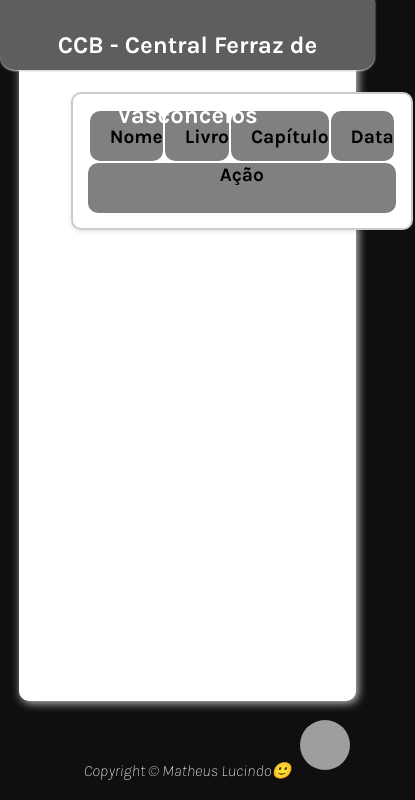
Repository: Matheus904-12/API-da-CCB
Page: index.html
The author's editor kept a copy of each file at every save. The page is drawn from the files as they stood at one save, then again after a run of saves.
The browser window is 375 px wide. The page is 415 px wide, so the pictures cover 415 px, including what lies to the right of the window. The pictures show the whole page.
Pictures or frames that could not be fetched are drawn as grey boxes.

Above is the page before, as saved 2024-01-14 01:18:38.

### index.html
<!DOCTYPE html>
<html lang="pt-BR">

<head>
    <meta charset="UTF-8">
    <meta http-equiv="X-UA-Compatible" content="IE=edge">
    <meta name="viewport" content="width=device-width, initial-scale=1.0">
    <link rel="preconnect" href="https://fonts.gstatic.com">
    <link href="https://fonts.googleapis.com/css2?family=Karla:ital,wght@0,400;0,700;1,200;1,800&display=swap"
        rel="stylesheet">
    <link rel="stylesheet" href="principal.css">
    <link rel="stylesheet" href="botao.css">
    <link rel="stylesheet" href="registros.css">
    <link rel="stylesheet" href="modal.css">
    <link rel="stylesheet" href="chat.css">
    <script src="script.js" defer></script>
    <title>CCB - Central</title>
</head>

<body>
    <header>

        <h1 class="header-title">CCB - Central Ferraz de Vasconcelos</h1>
    </header>
    <main>
        <button type="button" class="button blue mobile" id="cadastrarCliente">Adicionar Recitativo</button>
        <table id="tableClient" class="records">
            <thead>
                <tr>
                    <th>Nome</th>
                    <th>Livro</th>
                    <th>Capítulo</th>
                    <th>Data</th>
                    <th>Ação</th>
                </tr>
            </thead>
            <tbody>

            </tbody>
        </table>
        <div class="modal" id="modal">
            <div class="modal-content">
                <header class="modal-header">
                    <h2>Recitativo</h2>
                    <span class="modal-close" id="modalClose">&#10006;</span>
                </header>
                <form id="form" class="modal-form">


                    <input type="text" id="nome" data-index="new" class="modal-field" placeholder="Nome"
                        required>

                    <input type="text" id="livro" class="modal-field" placeholder="Livro" required>

                    <input type="number" id="capitulo" class="modal-field" placeholder="Capítulo" required>

                    <input type="number" id="versiculo" class="modal-field" placeholder="Versículo" required>

                    <input type="date" id="data" class="modal-field" placeholder="Data" required>

                    <label for="auxiliar">Auxiliar</label>
                        <select id="auxiliar" class="modal-field">
                            <option value="none">Nenhum</option>
                            <option value="aline">Aline Gomes Santos</option>
                            <option value="alfredo">Alfredo Bruske Schuster</option>
                            <option value="alef">Alef Vinicius</option>
                            <option value="jose">José Victor Zeller Gonçalves</option>
                            <option value="jonas">Jonas Amorim Lopes da Silva</option>
                            <option value="loraine">Loraine de Assis Souza</option>
                            <option value="natalia">Natália de Sena Marques</option>
                        </select>


                </form>
                <footer class="modal-footer">
                    <button id="salvar" class="button green">Salvar</button>
                    <button id="cancelar" class="button blue">Cancelar</button>
                </footer>
            </div>
        </div>
    </main>
    <footer>
        Copyright &copy; Matheus Lucindo🙂
    </footer>
</body>

</html>

### principal.css
*{
    padding: 0;
    margin: 0;
    box-sizing: border-box;
}

:root{
    --primary-color: #5e5e5e;
    --secundary-color: #bdbd00;
    --shadow-color: #CCC;
    --text-color: #FFF;
}

body{
    min-height: 100vh;
    display: flex;
    flex-direction: column;
    font-family: 'karla', sans-serif;
    position:relative;
    background-color: #0f0f0f;
}

header{
    background-color: var(--primary-color);
    height: 70px;
    text-align: center;
    line-height: 70px;
    box-shadow: 0 1px 2px var(--shadow-color);
    border-radius: 0px 0px 15px 15px;
}

.header-title{
    color: white;
    font-size: 2rem;
}

main{
    flex-grow: 1;
    display: flex;
    flex-direction: column;
    align-items: flex-start;
    width: 90%;
    margin: 5vh auto;
    padding: 50px;
    box-shadow: 2px 2px 10px var(--shadow-color);
    gap: 20px;
    border-radius: 10px;
    background-color: #ffffff;
}

main, th {
}

footer{
    width:100;
    text-align: center;
    font-weight: 200;
    font-style: italic;
    padding: 20px;
    color: white;
}

### botao.css
.button{
    border-style: none;
    height: 40px;
    padding: 6px 12px;
    background-color: black;
    color: white;
    font-size: 1rem;
    cursor: pointer;
    transition: box-shadow .6s ease;
    border-radius: 10px;
}

.button.blue{
    background-color: #bdbd00;
}

button.green{
    background-color: #13CE66;
}

button.red{
    background-color: #FF4949;
}

.button:hover{
    box-shadow: inset 200px 0 0 #00000055;
}

/* Estilização da barra de rolagem */
::-webkit-scrollbar {
    width: 12px; /* Largura da barra de rolagem */
    border-radius: 10px;
}

::-webkit-scrollbar-thumb {
    background-color: #dbc834; /* Cor do polegar da barra de rolagem */
    border-radius: 100px; /* Borda do polegar da barra de rolagem */
}

::-webkit-scrollbar-track {
    display: none;
}

::-webkit-scrollbar-thumb:hover {
    background-color: #bdbd00; /* Cor do polegar da barra de rolagem ao passar o mouse sobre ele */
}

### registros.css
.records{
    width: 100%;
    user-select: none;
    text-align: left;
}

.records th{
    height: 50px;
    background-color:gray;
    padding-left: 20px;
    font-size: 1.2rem;
    border-radius: 10px;
}
.records td{
    height: 50px;
    padding-left: 20px;
    border-radius: 10px;
}

.records th:last-child,
.records td:last-child{
    padding: 0;
    min-width: 140px;
    text-align: center;
}

.records tr:hover{
    background-color: var(--secundary-color);
}

.records tr {
    border-radius: 10px;
}

### modal.css
.modal{
    position: fixed;
    top:0;
    left:0;
    width: 100%;
    height: 100%;
    background: #00000090;
    opacity: 0;
    z-index: -1;
}

.modal.active{
    opacity: 1;
    z-index: 1;
}

.modal-content{
    display: flex;
    flex-direction: column;
    gap:20px;
    width: 50vw;
    margin: 15vh auto;
    padding-bottom: 20px;
    background-color: white;
    box-shadow: 1px 1px 10px black;
    border-radius: 15px;
}

.modal-header{
    display: flex;
    position: relative;
    justify-content: center;
    height: 40px;
    line-height: 40px;
    font-size: 1rem;
    border-radius: 10px;
}

.modal-header, #h2 {
    color: white
}

.modal-close{
    position: absolute;
    right: 0;
    display: block;
    width: 40px;
    height: 40px;
    text-align: center;
    user-select: none;
    cursor: pointer;
    border-radius: 10px;
}

.modal-close:hover{
    background-color: #FF4949;
    color: white;
}

.modal-form{
    display: flex;
    justify-content: space-between;
    flex-wrap: wrap;
    gap: 20px;
    padding: 0 20px;
}

.modal-field{
    width: calc(50% - 10px);
    height: 40px;
    outline-style: none;
    border-style: none;
    box-shadow: 0 0 2px black;
    padding: 0 10px;
    font-size:1rem;
    border-radius: 10px;
}

.modal-field:focus{
    border: 2px solid var(--primary-color);
    box-shadow: 0 0 3px var(--primary-color);
}


.modal-footer{
    background-color: inherit;
    text-align: right;
    padding: 0 20px;
}

### chat.css
@media (max-width: 480px) {
    header {
        position: fixed;
        width: 100%;
        background-color: var(--primary-color);
        z-index: 1000;
    }

    .header-title {
        font-size: 1.5rem;
        color: white;
        padding: 10px;
        text-align: center;
    }

    .button.mobile {
        font-size: 0;
        width: 50px;
        height: 50px;
        border-radius: 50%;
        position: fixed;
        top: 90vh;
        left: 80vw;
        background-color: var(--primary-color);
        border: none;
        display: flex;
        align-items: center;
        justify-content: center;
        z-index: 1001;
        background: url(a);

    }

    .button.mobile img {
        width: 60%;
        height: 60%;
        filter: invert(1);
    }

    .records th.mobile,
    .records td.mobile {
        display: none;
    }

    .records tr {
        border-radius: 10px;
        display: block;
        margin-bottom: 20px;
        border: 2px solid #ccc;
        background-color: white;
        box-shadow: 0 2px 4px rgba(0, 0, 0, 0.1);
        padding: 15px;
    }

    .records td {
        display: flex;
        flex-wrap: wrap;
        justify-content: space-between;
        margin: 10px 0;
    }

    .records th:last-child,
    .records td:last-child {
        padding: 0;
        min-width: 140px;
        text-align: center;
        display: block;
        margin: 0 auto;
    }

    .modal {
        top: 100%;
        transition: all 1s ease;
        background-color: rgba(0, 0, 0, 0.5);
        display: flex;
        align-items: center;
        justify-content: center;
    }

    .modal.active {
        top: 0;
    }

    .modal-content {
        margin: 0;
        width: 90%;
        max-width: 400px;
        background-color: white;
        box-shadow: 0 2px 4px rgba(0, 0, 0, 0.1);
        border-radius: 10px;
        padding: 20px;
        position: relative;
    }

    .modal-field {
        width: 100%;
        margin-bottom: 15px;
        padding: 10px;
        border: 1px solid #ccc;
        border-radius: 5px;
        box-sizing: border-box;
    }
}

### script.js
'use strict'

const openModal = () => document.getElementById('modal')
    .classList.add('active')

const closeModal = () => {
    clearFields()
    document.getElementById('modal').classList.remove('active')
}


const getLocalStorage = () => JSON.parse(localStorage.getItem('db_client')) ?? []
const setLocalStorage = (dbClient) => localStorage.setItem("db_client", JSON.stringify(dbClient))

// CRUD - create read update delete
const deleteClient = (index) => {
    const dbClient = readClient()
    dbClient.splice(index, 1)
    setLocalStorage(dbClient)
}

const updateClient = (index, client) => {
    const dbClient = readClient()
    dbClient[index] = client
    setLocalStorage(dbClient)
}

const readClient = () => getLocalStorage()

const createClient = (client) => {
    const dbClient = getLocalStorage()
    dbClient.push (client)
    setLocalStorage(dbClient)
}

const isValidFields = () => {
    return document.getElementById('form').reportValidity()
}

//Interação com o layout

const clearFields = () => {
    const fields = document.querySelectorAll('.modal-field')
    fields.forEach(field => field.value = "")
    document.getElementById('nome').dataset.index = 'new'
    document.querySelector(".modal-header>h2").textContent  = 'Novo Versículo'
}

const saveClient = () => {
    if (isValidFields()) {
        const client = {
            auxiliar: document.getElementById('auxiliar').value,
            nome: document.getElementById('nome').value,
            livro: document.getElementById('livro').value,
            capitulo: document.getElementById('capitulo').value,
            versiculo: document.getElementById('versiculo').value,
            data: document.getElementById('data').value
        }
        const index = document.getElementById('nome').dataset.index;
        if (index == 'new') {
            createClient(client);
            updateTable();
            closeModal();
        } else {
            updateClient(index, client);
            updateTable();
            closeModal();
        }
    }
}

const createRow = (client, index) => {
    const newRow = document.createElement('tr')
    newRow.innerHTML = `

        <td>${client.nome}</td>
        <td>${client.livro}</td>
        <td>${client.capitulo}</td>
        <td>${client.data}</td>
        <td>
            <button type="button" class="button green" id="edit-${index}">Editar</button>
            <button type="button" class="button red" id="delete-${index}" >Excluir</button>
        </td>
    `
    document.querySelector('#tableClient>tbody').appendChild(newRow)
}

const clearTable = () => {
    const rows = document.querySelectorAll('#tableClient>tbody tr')
    rows.forEach(row => row.parentNode.removeChild(row))
}

const updateTable = () => {
    const dbClient = readClient()
    clearTable()
    dbClient.forEach(createRow)
}

const fillFields = (client) => {
    document.getElementById('auxiliar').value = client.auxiliar
    document.getElementById('nome').value = client.nome
    document.getElementById('livro').value = client.livro
    document.getElementById('capitulo').value = client.capitulo
    document.getElementById('versiculo').value = client.versiculo
    document.getElementById('data').value = client.data
    document.getElementById('nome').dataset.index = client.index
}

const editClient = (index) => {
    const client = readClient()[index]
    client.index = index
    fillFields(client)
    document.querySelector(".modal-header>h2").textContent  = `Editando ${client.nome}`
    openModal()
}

const editDelete = (event) => {
    if (event.target.type == 'button') {

        const [action, index] = event.target.id.split('-')

        if (action == 'edit') {
            editClient(index)
        } else {
            const client = readClient()[index]
            const response = confirm(`Deseja realmente excluir o cliente ${client.nome}`)
            if (response) {
                deleteClient(index)
                updateTable()
            }
        }
    }
}

updateTable()

// Eventos
document.getElementById('cadastrarCliente')
    .addEventListener('click', openModal)

document.getElementById('modalClose')
    .addEventListener('click', closeModal)

document.getElementById('salvar')
    .addEventListener('click', saveClient)

document.querySelector('#tableClient>tbody')
    .addEventListener('click', editDelete)

document.getElementById('cancelar')
    .addEventListener('click', closeModal)

After the next 2 saves:
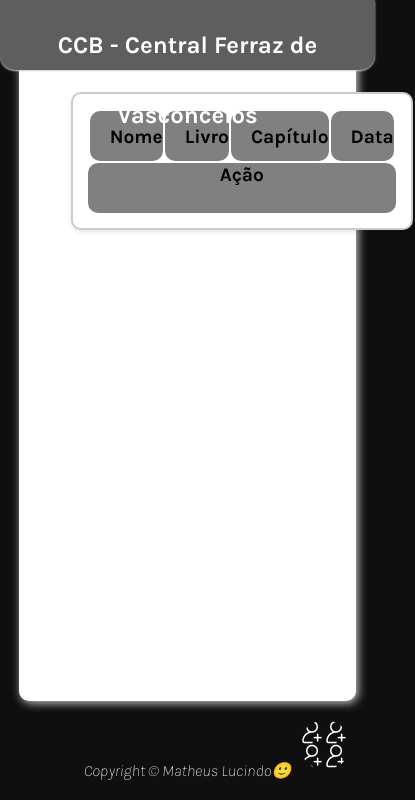
The 2 saves are shown as one change because they came seconds apart.
The last was saved 6 s later.
--- a/chat.css
+++ b/chat.css
@@ -27,7 +27,7 @@
         align-items: center;
         justify-content: center;
         z-index: 1001;
-        background: url(a);
+        background: url(adicionar-usuario.png);
 
     }
 
